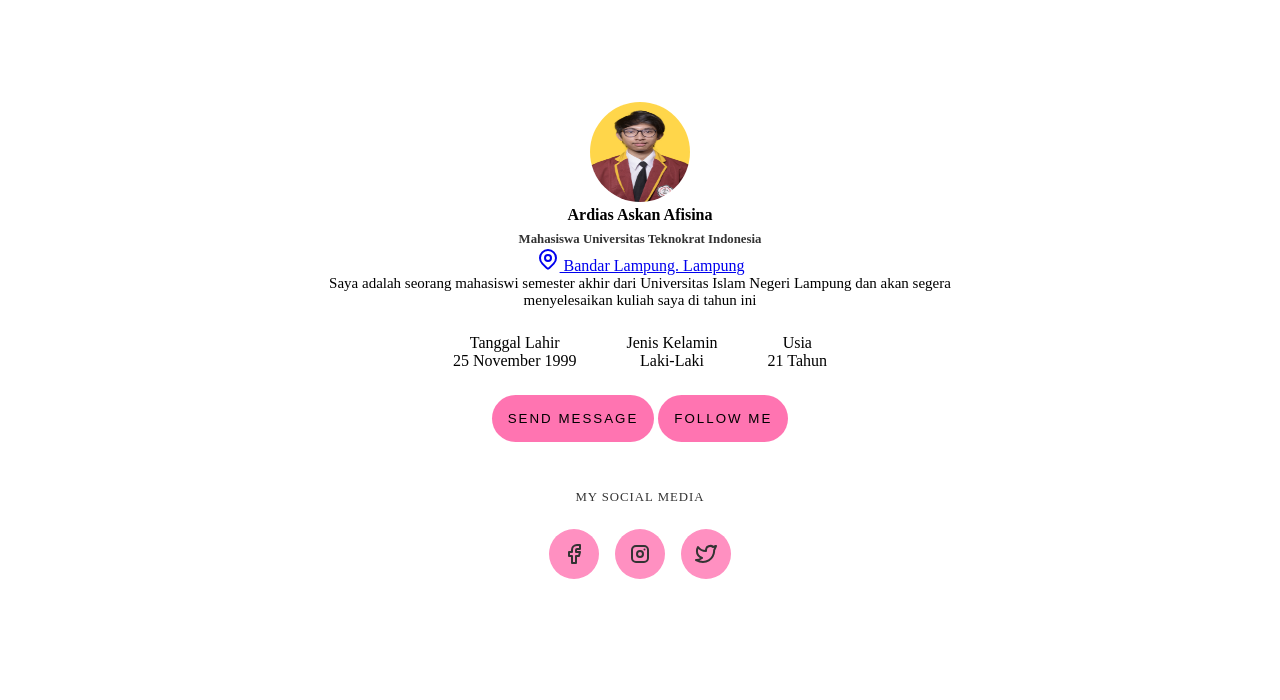
Repository: askan-ken/SMK-Telkom
Page: index.html
The author's editor kept a copy of each file at every save. The page is drawn from the files as they stood at one save, then again after the next save.
The browser window is 1280 px wide. The pictures show the part of the page from y = 868 to 1568 px (the page is 1568 px tall).
A picture or video elsewhere on the page could not be fetched, so the positions and the page height are approximate. Some web fonts or font styles are not loaded; a fallback is used.

Above is the page before, as saved 2023-02-17 20:45:09.
Console error: ReferenceError: registerButton is not defined

### index.html
<!DOCTYPE html>
<html lang="en">

<head>
  <meta charset="UTF-8">
  <meta http-equiv="X-UA-Compatible" content="IE=edge">
  <meta name="viewport" content="width=device-width, initial-scale=1.0">
  <link rel="icon" href="https://smktelkom-lpg.sch.id/wp-content/uploads/2022/09/Logo-SMK-Telkom-Lampung-Primary-4K-White.png">
  <title>SMK Telkom Lampung</title>
  <link rel="stylesheet"
    href="https://fonts.googleapis.com/css2?family=Material+Symbols+Outlined:opsz,wght,FILL,GRAD@48,400,0,0" />
  <link rel="stylesheet" href="style.css">
</head>

<body>
  <!-- Navbar section -->
  <section>
    <div class="navbar">
      <div class="nav-container">
        <div class="nav-logo">
          <img
            src="https://smktelkom-lpg.sch.id/wp-content/uploads/2022/09/Logo-SMK-Telkom-Lampung-Primary-4K-White.png"
            alt="logo">
        </div>
        <div class="nav-links">
          <ul>
            <li><a href="#home" onclick="displayBlockHome()">Home</a></li>
            <li><a href="#gallery" onclick="displayBlockGallery()">Gallery</a></li>
            <li><a href="#login" onclick="displayBlockLogin()" id="loginButton">Login</a></li>
            <li><a href="#profile" onclick="displayBlockProfile()">Profile</a></li>
            <li><button onclick="onLogout()" id="logoutButton" class="logout">Log Out</button></li>
          </ul>
        </div>
        <div class="nav-social">
          <img src="./assets/icons8-facebook.svg" alt="">
          <img src="./assets/icons8-pinterest.svg" alt="">
          <img src="./assets/icons8-twitter.svg" alt="">
          <img src="./assets/icons8-youtube.svg" alt="">
        </div>
      </div>
    </div>
  </section>

  <!-- Home Section -->
  <section class="home active" id="home">
    <div class="home-container">
      <div class="sambutan">
        <div class="sambutan-img">
          <img src="https://smktelkom-lpg.sch.id/wp-content/uploads/2022/09/Untitled-1-500x500.png" alt="" />
        </div>
        <div class="sambutan-desc">
          <h1>SAMBUTAN KEPALA SEKOLAH</h1>
          <div class="separator" />
          <p>
            Selamat datang di website SMK Telkom Lampung yang saya tujukan
            untuk seluruh unsur pimpinan, guru, karyawan dan siswa serta
            khalayak umum guna dapat mengakses seluruh informasi tentang
            sekolah kami. Tentunya dalam penyajian informasi masih banyak
            kekurangan, oleh karena itu kepada seluruh civitas akademika dan
            masyarakat umum dapat memberikan saran dan kritik demi kemajuan
            lebih lanjut.
            <br />
            <br />
            Saya berharap Website ini dapat dijadikan wahana interaksi yang
            positif baik antar civitas akademika maupun masyarakat pada
            umumnya, sehingga dapat menjalin silaturahmi yang erat disegala
            unsur. Mari kita bekerja dan berkarya dengan mengharap ridho sang
            Kuasa dan keikhlasan yang tulus demi anak bangsa.
          </p>
          <p class="nama">– Adang Wihanda, S.T.</p>
        </div>
      </div>
    </div>
  </section>

  <!-- gallery Section -->
  <section class="gallery" id="gallery">
    <div class="gallery-container">
      <h1>Foto Gallery SMK Telkom Lampung</h1>
      <label for="file">
        <input type="file" id="myFile" multiple>
        <button id="uploadButton" onclick="uploadImage()">Upload Foto</button>
      </label>
      <div id="message"></div>
      <div id="imageContainer">
        <img class="images" src="" alt="">
      </div>
    </div>

  </section>

  <!-- Login Section -->
  <section class="login" id="login">
    <div class="login-container">
      <div class="login-top">
        <h1>Login</h1>
      </div>
      <div class="login-form">
        <form>
          <label for="username">
            <span>username</span>
            <input type="text" name="username" id="username" class="input" value="" required autofocus autocomplete="">
          </label>
          <label for="password">
            <span>password</span>
            <input type="password" name="password" id="password" class="input" value="" required autofocus
              autocomplete="admin123">
          </label>
          <div class="form-btn">
            <button  onclick="onLogin()">Sign In</button>
          </div>
        </form>
      </div>
      <!-- <div class="login-bot">
        <a href="#" id="forgot">Lupa Password</a>
        atau
        <a href="#register" id="registerBtn"">Buat Akun</a>
      </div> -->
    </div>
  </section>

  <!-- Profile Section -->
  <section class="profile" id="profile">
    <div class="profile-card">
      <figure class="profile-card-img">
          <img src="./assets/ARDIAS ASKAN - IF - DSC1960.jpg" alt="...">
      </figure>

      <div class="profile-card-desc">
          <h1>Ardias Askan Afisina</h1>
          <div>Mahasiswa Universitas Teknokrat Indonesia</div>
      </div>
      <div class="location">
          <div class="location-icon">
              <a href="https://goo.gl/maps/fq9wG67WPbkDJuN7A" target="_blank">
                <svg xmlns="http://www.w3.org/2000/svg" class="icon icon-tabler icon-tabler-map-pin"
                      width="24" height="24" viewBox="0 0 24 24" stroke-width="2" stroke="currentColor" fill="none"
                      stroke-linecap="round" stroke-linejoin="round">
                      <path stroke="none" d="M0 0h24v24H0z" fill="none"></path>
                      <circle cx="12" cy="11" r="3"></circle>
                      <path d="M17.657 16.657l-4.243 4.243a2 2 0 0 1 -2.827 0l-4.244 -4.243a8 8 0 1 1 11.314 0z">
                      </path>
                  </svg>
                  Bandar Lampung. Lampung</a>
          </div>
      </div>
      <div class="profile-card-form">
          <div class="profile-card-info">
              <p>Saya adalah seorang mahasiswi semester akhir dari Universitas Islam Negeri Lampung dan akan segera
                  menyelesaikan
                  kuliah saya di tahun ini</p>
          </div>
          <div class="profile-card__info">
              <div>
                <p>Tanggal Lahir</p>
                <p>25 November 1999</p>
              </div>
              <div>
                  <p>Jenis Kelamin</p>
                  <p>Laki-Laki</p>
              </div>
              <div>
                  <p>Usia</p>
                  <p>21 Tahun</p>
              </div>
          </div>
      </div>

      <div class="profile-card-btn">
          <button type="submit">Send Message</button>
          <button type="submit">Follow me</button>
      </div>
      <div class="profile-card-social">
          <div>My social media</div>
          <div class="div profile-card-social-btn">
              <a href="" class="facebook">
                  <svg xmlns="http://www.w3.org/2000/svg" class="icon icon-tabler icon-tabler-brand-facebook" width="24"
                      height="24" viewBox="0 0 24 24" stroke-width="2" stroke="currentColor" fill="none"
                      stroke-linecap="round" stroke-linejoin="round">
                      <path stroke="none" d="M0 0h24v24H0z" fill="none"></path>
                      <path d="M7 10v4h3v7h4v-7h3l1 -4h-4v-2a1 1 0 0 1 1 -1h3v-4h-3a5 5 0 0 0 -5 5v2h-3"></path>
                  </svg>
              </a>
              <a href="" class="instagram">
                  <svg xmlns="http://www.w3.org/2000/svg" class="icon icon-tabler icon-tabler-brand-instagram" width="24"
                      height="24" viewBox="0 0 24 24" stroke-width="2" stroke="currentColor" fill="none"
                      stroke-linecap="round" stroke-linejoin="round">
                      <path stroke="none" d="M0 0h24v24H0z" fill="none"></path>
                      <rect x="4" y="4" width="16" height="16" rx="4"></rect>
                      <circle cx="12" cy="12" r="3"></circle>
                      <line x1="16.5" y1="7.5" x2="16.5" y2="7.501"></line>
                  </svg>
              </a>
              <a href="" class="twitter"><svg xmlns="http://www.w3.org/2000/svg"
                      class="icon icon-tabler icon-tabler-brand-twitter" width="24" height="24" viewBox="0 0 24 24"
                      stroke-width="2" stroke="currentColor" fill="none" stroke-linecap="round" stroke-linejoin="round">
                      <path stroke="none" d="M0 0h24v24H0z" fill="none"></path>
                      <path
                          d="M22 4.01c-1 .49 -1.98 .689 -3 .99c-1.121 -1.265 -2.783 -1.335 -4.38 -.737s-2.643 2.06 -2.62 3.737v1c-3.245 .083 -6.135 -1.395 -8 -4c0 0 -4.182 7.433 4 11c-1.872 1.247 -3.739 2.088 -6 2c3.308 1.803 6.913 2.423 10.034 1.517c3.58 -1.04 6.522 -3.723 7.651 -7.742a13.84 13.84 0 0 0 .497 -3.753c-.002 -.249 1.51 -2.772 1.818 -4.013z">
                      </path>
                  </svg></a>
          </div>
  </div>
  </section>

  <!-- SignUp Section  -->
  <!-- <section class="register" id="register">
    <div class="register-container">
      <div class="register-top">
        <h1>register</h1>
      </div>
      <div class="register-form">
        <form action="">
          <label for="username">
            <span>username</span>
            <input type="text" name="username" id="username" class="input" value="" required autofocus autocomplete="">
          </label>
          <label for="password">
            <span>password</span>
            <input type="password" name="password" id="password" class="input" value="" required autofocus>
          </label>
          <div class="form-btn">
            <button onclick="onLogin()" id="loginButton">Sign Up</button>
          </div>
        </form>
      </div>
      <div class="register-bot">
        <a href="login" id="login-a"></a>
      </div>
    </div>
  </section> -->
  <script src="index.js"></script>
</body>

</html>

### style.css
@import url("https://fonts.googleapis.com/css2?family=Exo+2&display=swap");



* {
  margin: 0;
  padding: 0;
}

body {
  color: black;
  min-height: 100vh;
}

/* navbar start */

.navbar {
  position: fixed;
  top: 0;
  width: 100%;
}

.nav-container {
  display: flex;
  justify-content: center;
  align-items: center;
  padding: 0 4rem;
  background-color: black;
}

.nav-logo {
  flex: 2;
}

.nav-logo img {
  width: 200px;
}

.nav-links {
  flex: 5;
  display: flex;
  justify-content: center;
  align-items: center;
  width: 400px;
}

.nav-links ul {
  list-style: none;
  display: flex;
  gap: 20px;
}

.nav-links li a {
  text-decoration: none;
  color: white;
}
.logout {
  background: none;
  color: white;
  position: relative;
  right: 20px;
  cursor: pointer;
}

.nav-social {
  flex: 2;
  display: flex;
  flex-direction: row-reverse;
}

.nav-social img {
  width: 30px;
}

/* home start */

.home {
  display: block;
  transition: 0.3s;
}
.home:active {
  display: block;
}
.home-container {
  display: flex;
  justify-content: center;
  align-items: center;
  padding: 4rem 4rem;
  height: 100vh;
}

.sambutan {
  display: flex;
  flex-direction: row;
  justify-content: center;
}

.sambutan-img {
  flex: 2;
}

.sambutan-img img {
  width: 400px;
}

.sambutan-desc {
  flex: 2;
}

.separator {
  width: 40px;
  height: 2px;
  background: #666666;
}

.sambutan-desc h1 {
  padding-bottom: 1rem;
  font-size: 35px;
  color: #dd3333;
}

.sambutan-desc p {
  width: 400px;
  padding: 1rem 0;
  color: #666666;
}

.nama {
  font-weight: bold;
  font-style: italic;
}

/* Gallery sart */
.gallery {
  display: none;
}
.gallery-container {
  height: 100vh;
  display: flex;
  flex-direction: column;
  align-items: center;
  justify-content: center;
  line-height: 70px;
}

.images {
  display: grid;
  grid-template-columns: repeat(3, 1fr);
  grid-row-gap: 2rem;
  grid-column-gap: 0.77rem 0rem;
}
.images img {
  width: 300px;
}
.upload {
  font-size: 50px;
  border: 2px red solid;
  border-radius: 50%;
  color: red;
  cursor: pointer;
}
/* Login */
.login {
  display: none;
}
.login-container {
  display: flex;
  flex-direction: column;
  align-items: center;
  justify-content: center;
  height: 100vh;

}
.login-top {
  padding: 2rem 0;
}
.login-top h1 {
  font-size: 30px;
  text-transform: uppercase;
}
.login-form {
  border: 2px solid black;
  border-radius: 10px;
  height: auto;
  padding: 2rem 4rem;
}
.login-form form {
  line-height: 40px;
  padding: 2rem 0;
  width: 400px;
  display: flex;
  flex-direction: column;
}
.login-form label {
  display: flex;
  flex-direction: column;
}
.input {
  width: 400px;
  height: 30px;
  border-radius: 10px;
  border: none;
  outline: none;
  background: gray;
}
.form-btn {
  padding-top: 2rem;
  display: flex;
  justify-content: center;
}
.form-btn button {
  width: 100px;
  height: 40px;
  background: black;
  color: white;
  border: none;
  border-radius: 10px;
}
.images {
  display: grid;
  grid-template-columns: repeat(3, 1fr);
  grid-row-gap: 2rem;
  grid-column-gap: 0.77rem 0rem;
}
.images img {
  width: 300px;
}

/* Register */

.register {
  padding: 8rem 0;
}
.register-container {
  display: flex;
  flex-direction: column;
  align-items: center;
}
.register-top {
  padding: 2rem 0;
}
.register-top h1 {
  font-size: 30px;
  text-transform: uppercase;
}
.register-form {
  border: 2px solid black;
  border-radius: 10px;
  height: auto;
  padding: 2rem 4rem;
}
.register-form form {
  line-height: 40px;
  padding: 2rem 0;
  width: 400px;
  display: flex;
  flex-direction: column;
}
.register-form label {
  display: flex;
  flex-direction: column;
}
.input {
  width: 400px;
  height: 30px;
  border-radius: 10px;
  border: none;
  outline: none;
  background: gray;
}
.form-btn {
  padding-top: 2rem;
  display: flex;
  justify-content: center;
}
.form-btn button {
  width: 100px;
  height: 40px;
  background: black;
  color: white;
  border: none;
  border-radius: 10px;
}

/* Profile Card */
.profile{
  height: 100vh;
  display: flex;
  justify-content: center;
  align-items: center;
}
.profile-card {
  width: 650px;
  background: rgba(255, 255, 255, 0.5);
  padding: 4rem;
  border-radius: 10px;
  position: relative;
}

.profile-card::before {
  content: "";
  position: absolute;
  background: rgba(255, 255, 255, 0.15);
  inset: 0;
  transform: rotate(-5deg);
  z-index: -1;
  border-radius: 10px;
}

.profile-card-img img {
  border-radius: 50%;
  width: 100px;
  height: 100px;
}

.profile-card,
.profile-card-desc,
.profile-card__info {
  text-align: center;
}
.profile-card-desc a {
  font-size: 10px;
}

.ocation .location-icon {
  position: absolute;
  margin-top: 10px;
  top: 0.82rem;
  left: 1.4rem;
  font-size: 1.3rem;
  opacity: 0.5;
}

.profile-card-desc h1 {
  font-size: 1rem;
  font-weight: 600;
  margin-bottom: 0.5rem;
}
.profile-card-desc h1 + div {
  font-size: calc(1rem * 0.8);
  font-weight: 600;
  opacity: 0.8;
}

.profile-card__info {
  display: flex;
  justify-content: center;
  padding: 15px;
  margin: 10px;
  gap: 50px;
  font-size: 1rem;
}

.profile-card__info div {
  gap: 10px;
}

.profile-card-social {
  display: flex;
  flex-direction: column;
  gap: 1.5rem;
  text-align: center;
  margin-top: 3rem;
}
.profile-card-social > div {
  opacity: 0.8;
  text-transform: uppercase;
  letter-spacing: 1px;
  font-size: calc(1rem * 0.8);
}
.profile-card-social-btn {
  display: flex;
  align-items: center;
  justify-content: center;
  gap: 1rem;
}

.profile-card-social-btn a {
  display: flex;
  align-items: center;
  justify-content: center;
  color: black;
  width: 50px;
  height: 50px;
  background: #ff74b1;
  border-radius: 100px;
  transition: all 0.5s;
}

.profile-card-social-btn a:hover {
  background: #aac4ff;
  transition: scale(1.1);
}

.profile-card-info {
  display: flex;
  text-align: center;
  font-size: 15px;
  text-decoration: none;
}

button {
  background: #ff74b1;
  padding: 1rem;
  border-radius: 100px;
  text-transform: uppercase;
  letter-spacing: 2px;
  transition: background 0.5s;
  border: none;
}

button:hover {
  background: #aac4ff;
  cursor: pointer;
}

### index.js
// Import Valiable
const home = document.getElementById("home");
const gallery = document.getElementById("gallery");
const logIn = document.getElementById("login");
const usernameInput = document.getElementById("username");
const passwordInput = document.getElementById("password");
const loginButton = document.getElementById("loginButton");
const logoutButton = document.getElementById("logoutButton");
const message = document.getElementById("message");
const upload = document.getElementById("uploadButton");

logoutButton.style.display = "none";
home.addEventListener("click", displayBlockHome);
function displayBlockHome() {
  home.style.display = "block";
  gallery.style.display = "none";
  logIn.style.display = "none";
}

gallery.addEventListener("click", displayBlockGallery);
function displayBlockGallery() {
  gallery.style.display = "block";
  home.style.display = "none";
  logIn.style.display = "none";
}

logIn.addEventListener("click", displayBlockLogin);
function displayBlockLogin() {
  logIn.style.display = "block";
  home.style.display = "none";
  gallery.style.display = "none";
}

registerButton.addEventListener("click", displayBlockRegister);
function displayBlockRegister() {
  home.style.display = "none";
  logIn.style.display = "none";
  gallery.style.display = "none";
}

function onLogin() {
  localStorage.setItem("username", usernameInput.value);
  logoutButton.style.display = "block";
  if (usernameInput.value == "admin" && passwordInput.value == "admin123") {
    localStorage.setItem("role", "admin");
    loginButton.style.display = "none";
    logoutButton.style.display = "block";
    logIn.style.display = "none";
    gallery.style.display = "none";
    home.style.display = "block";
  } else {
    alert("masukan username sebagai admin dan password sebagai admin 123");
    logoutButton.style.display = "none";
    logIn.style.display = "block";
    gallery.style.display = "none";
    home.style.display = "none";
  }
}
if (localStorage.getItem("role") == "admin") {
  home.style.display = "block";
  logIn.style.display = "none";
} else {
  logIn.style.display = "none";
  register.style.display = "none";
}

function onLogout() {
  localStorage.clear();
  location.reload();
}
var input = document.getElementById("myFile");
var uploadButton = document.getElementById("uploadButton");
uploadButton.addEventListener("click", function () {
  for (var i = 0; i < input.files.length; i++) {
    var file = input.files[i];
    var reader = new FileReader();
    reader.onload = function (e) {
      localStorage.setItem(file.name, e.target.result);
    };
    reader.readAsDataURL(file);
  }
});
uploadButton.addEventListener("click", uploadImgae);
function uploadImgae() {
  message.innerText = "foto berhasil di upload, silahkan refresh halaman";
}

var imageContainer = document.getElementById("imageContainer");

for (var i = 0; i < localStorage.length; i++) {
  var key = localStorage.key(i);

  if (key.endsWith(".jpg") || key.endsWith(".png") || key.endsWith(".gif")) {
    var img = document.createElement("img");
    img.src = localStorage.getItem(key);
    img.style.width = "600px";
    img.style.height = "auto";
    img.style.padding = "0 1rem";
    img.style.borderRadius = "5px";

    imageContainer.appendChild(img);
  }
}

After the next save:
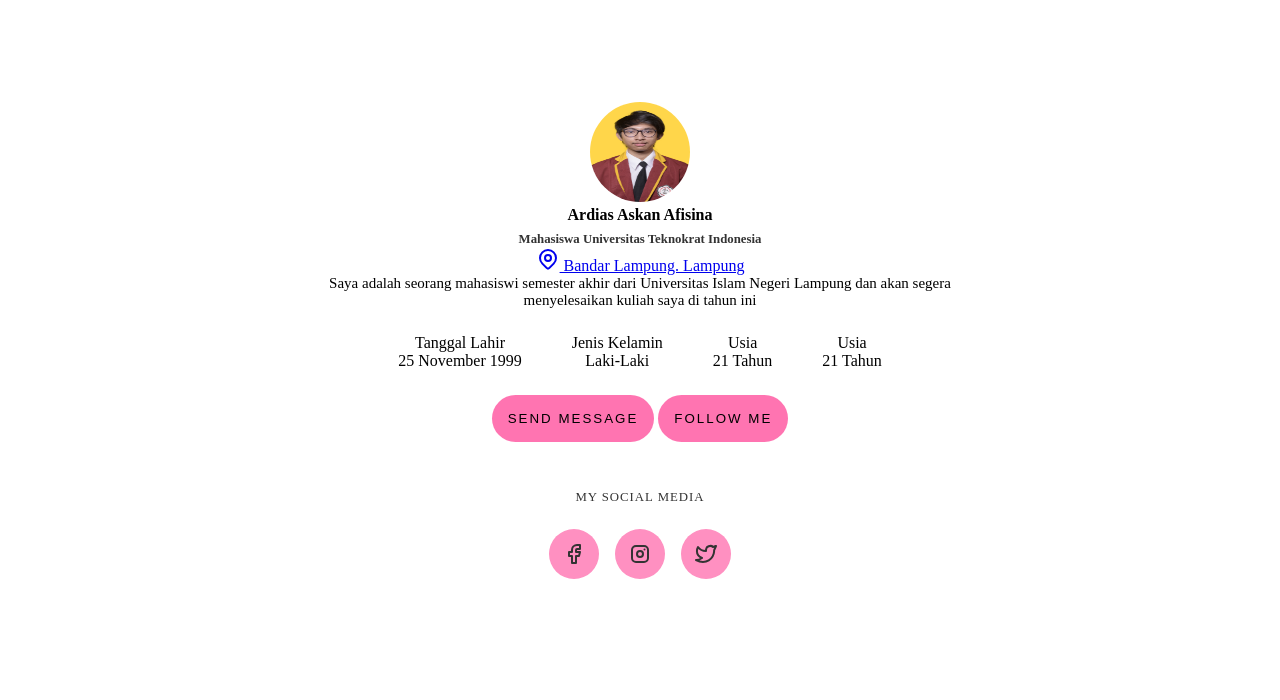
Saved 7 s later.
--- a/index.html
+++ b/index.html
@@ -163,6 +163,10 @@
                   <p>Usia</p>
                   <p>21 Tahun</p>
               </div>
+              <div>
+                  <p>Usia</p>
+                  <p>21 Tahun</p>
+              </div>
           </div>
       </div>
 
